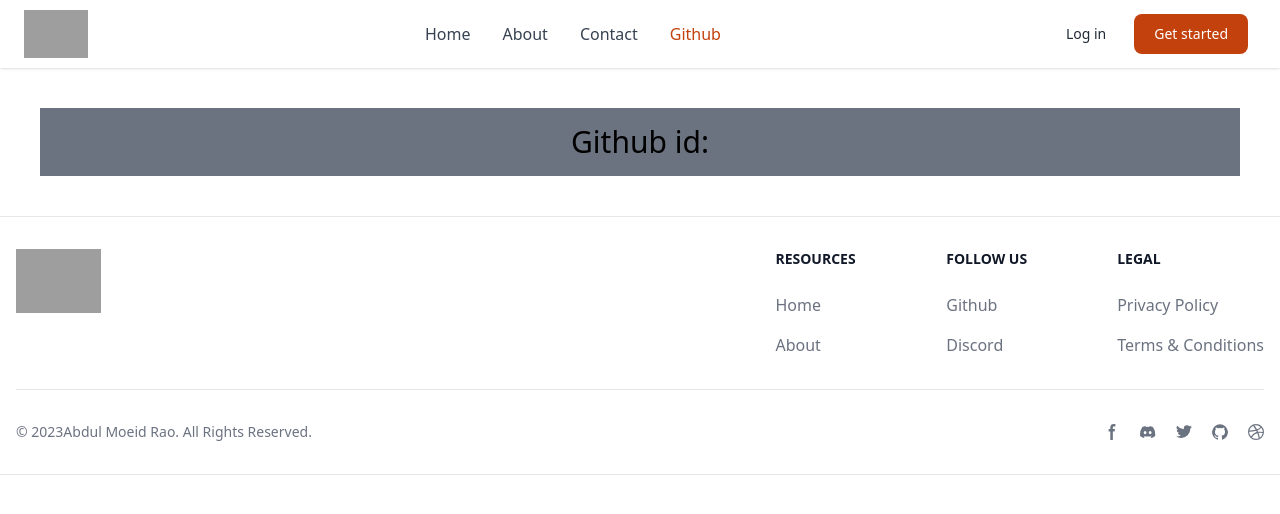
Repository: Abdul-Moeid-Rao/React-Projects
Page: /github (app in 07routerproject/)
These files come from the project's save history. The page is drawn as it stood at one moment and after the next save; the edit follows.
The browser window is 1280 px wide. The pictures show the whole page.
Pictures or frames that could not be fetched are drawn as grey boxes. The page's requests for data from a server got no answer. The project was rebuilt for these pictures with package versions that can differ from the ones it lists, and the page was loaded fresh each time. No one was signed in, and anything a server would have sent is missing. Also part of the build but not shown: 07routerproject/vite.config.js, 07routerproject/src/Components/Home/Home.jsx, 07routerproject/src/Components/About/About.jsx, 07routerproject/src/Components/Contact/Contact.jsx, 07routerproject/src/Components/User/User.jsx.

Above is the page before, as saved 2024-07-18 22:18:14.

After the next save:
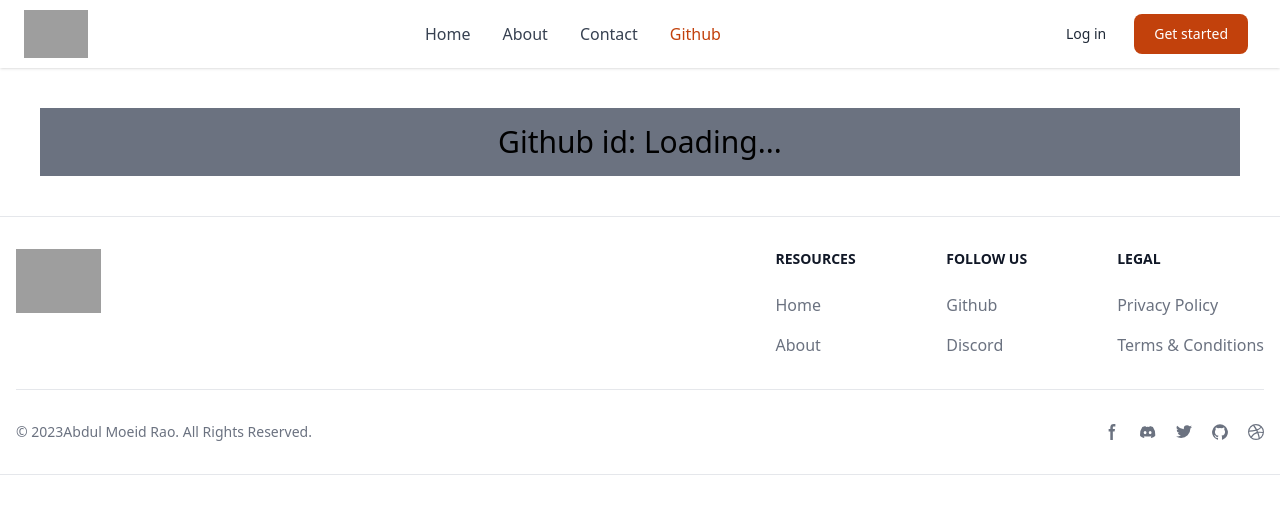
Saved 88 s later.
--- a/07routerproject/src/Components/Github/Github.jsx
+++ b/07routerproject/src/Components/Github/Github.jsx
@@ -11,7 +11,8 @@ function Github() {
          })
     }, [])
     return (
-        <div className=' bg-gray-500 p-4 m-10 justify-center text-center text-3xl'>Github id: {data.followers} </div>
+        <div className=' bg-gray-500 p-4 m-10 justify-center text-center text-3xl'>Github id: {data.id !== undefined ? data.id : 'Loading...'}
+        </div>
     )
 }
 
